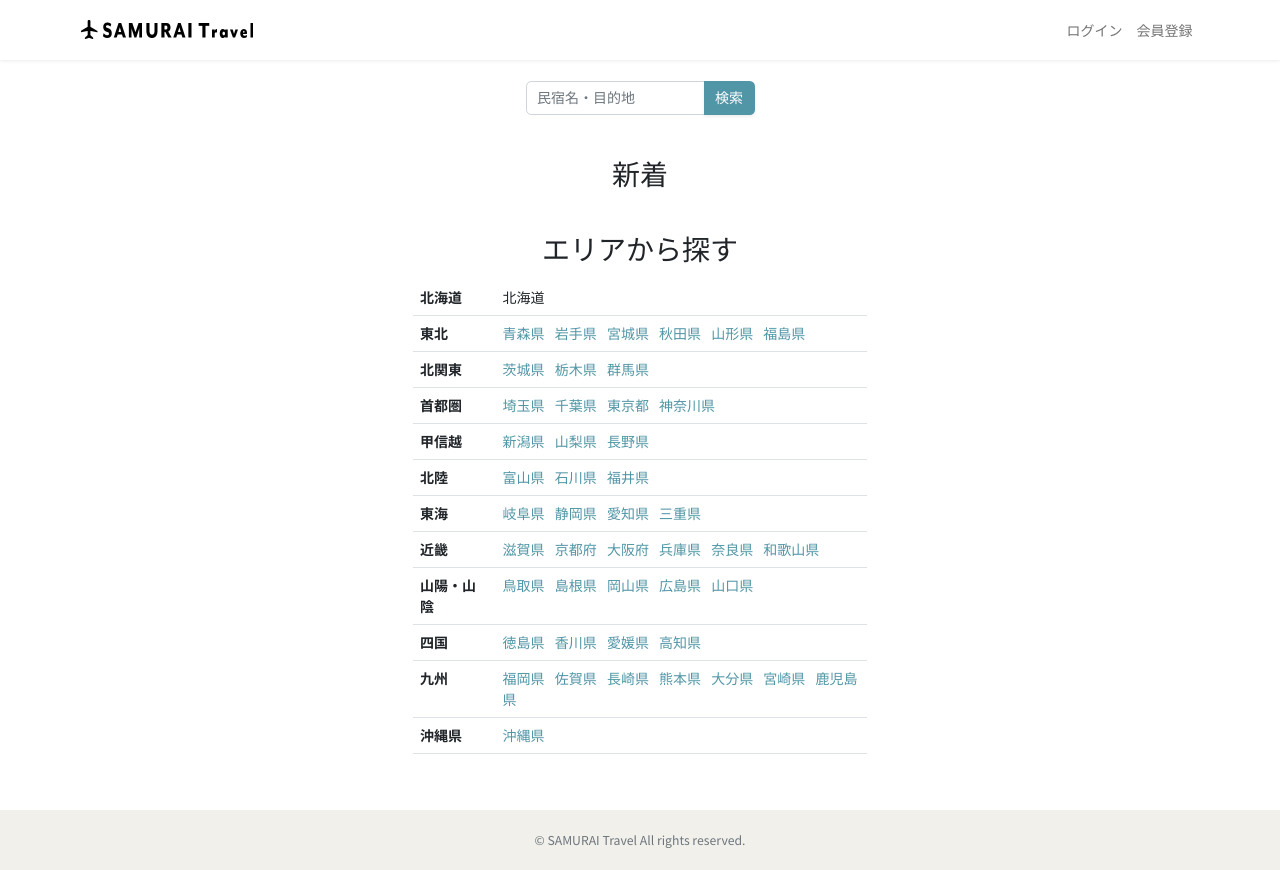
Repository: tearise/samuraitravel
Page: http://localhost/index
The author's editor kept a copy of each file at every save. The page is drawn from the files as they stood at one save, then again after the next save.
The browser window is 1280 px wide. The pictures show the whole page.
The page is this project's Thymeleaf template; nobody is signed in. The template is opened directly, without the code that normally fills it, so the values that code supplies are empty.

Above is the page before, as saved 2024-01-28 06:47:45.

### samuraitravel/src/main/resources/templates/index.html
<!DOCTYPE html>
<html xmlns:th="https://www.thymeleaf.org" xmlns:sec="http://www.thymeleaf.org/extras/spring-security">
<head>
	<div th:replace="~{fragment :: meta}"></div>

	<div th:replace="~{fragment :: styles}"></div>
     <title>SAMURAI Travel</title>
</head>
<body>
	<div class="samuraitravel-wrapper">
		<!-- ヘッダー -->
		<div th:replace="~{fragment :: header}"></div>

		<main>
			<div class="container pt-4 pb-5 samuraitravel-container">
				<div th:if="${param.loggedIn}" class="alert alert-info">
					ログインしました。
				</div>

				<div th:if="${param.loggedOut}" class="alert alert-info">
					ログアウトしました。
				</div>

				<div th:if="${successMessage}" class="alert alert-info">
					<span th:text="${successMessage}"></span>
				</div>

				<div class="d-flex justify-content-center">
					<form method="get" th:action="@{/houses}" class="mb-5 samuraitravel-search-form">
						<div class="input-group">
							<input type="text" class="form-control" name="keyword" th:value="${keyword}" placeholder="民宿名・目的地">
							<button type="submit" class="btn text-white shadow-sm samuraitravel-btn">検索</button>
						</div>
					</form>
				</div>

				<h2 class="text-center mb-3">新着</h2>
				<div class="row row-cols-lg-5 row-cols-2 g-3 mb-5">
					<div class="col" th:each="newHouse : ${newHouses}">
						<a th:href="@{/houses/__${newHouse.getId()}__}" class="link-dark samuraitravel-card-link">
							<div class="card-100">
								<img th:if="${newHouse.getImageName()}" th:src="@{/storage/__${newHouse.getImageName()}__} class=card-img-top samuraitravel-vertical-card-image" alt="店舗画像">
								<img th:unless="${newHouse.getImageName()}" th:src="@{/images/noImeges/noImage.png}" class="card-img-top samuraitravel-vertical-card-image" alt="NO IMAGE">
								<div class="card-body">
									<h3 class="card-title" th:text="${newHouse.getName()}"></h3>
									<p class="card-text mb-1">
										<small class="text-muted" th:text="${newHouse.getAddress()}"></small>
									</p>
									<p class="card-text">
										<span th:text="${#numbers.formaatInteger(newHouse.getPrice(), 1, 'COMMA') + '円 / 泊'}"></span>
									</p>
								</div>
							</div>
						</a>
					</div>
				</div>

				<div class="row justify-content-center">
					<div class="col-xl-5 col-lg-6 col-md-8">

						<h2 class="text-center mb-3">エリアから探す</h2>

						<table class="table">
							<tbody>
								<tr>
									<th>北海道</th>
									<td>
										<a th:htef="@{/houses?area=北海道}">北海道</a>
									</td>
								</tr>
								<tr>
									<th>東北</th>
									<td>
										<a th:href="@{/houses?area=青森県}" class="me-2">青森県</a>
										<a th:href="@{/houses?area=岩手県}" class="me-2">岩手県</a>
										<a th:href="@{/houses?area=宮城県}" class="me-2">宮城県</a>
										<a th:href="@{/houses?area=秋田県}" class="me-2">秋田県</a>
										<a th:href="@{/houses?area=山形県}" class="me-2">山形県</a>
										<a th:href="@{/houses?area=福島県}" >福島県</a>
									</td>
								</tr>
								<tr>
									<th>北関東</th>
									<td>
										<a th:href="@{/houses?area=茨城県}" class="me-2">茨城県</a>
										<a th:href="@{/houses?area=栃木県}" class="me-2">栃木県</a>
										<a th:href="@{/houses?area=群馬県}">群馬県</a>
									</td>
								</tr>
								<tr>
								<th>首都圏</th>
								<td>
									<a th:href="@{/houses?area=埼玉県}" class="me-2">埼玉県</a>
									<a th:href="@{/houses?area=千葉県}" class="me-2">千葉県</a>
									<a th:href="@{/houses?area=東京都}" class="me-2">東京都</a>
									<a th:href="@{/houses?area=神奈川県}">神奈川県</a>
								</td>
								</tr>
								<tr>
									<th>甲信越</th>
									<td>
										<a th:href="@{/houses?area=新潟県}" class="me-2">新潟県</a>
										<a th:href="@{/houses?area=山梨県}" class="me-2">山梨県</a>
										<a th:href="@{/houses?area=長野県}">長野県</a>
									</td>
								</tr>
								<tr>
									<th>北陸</th>
									<td>
										<a th:href="@{/houses?area=富山県}" class="me-2">富山県</a>
										<a th:href="@{/houses?area=石川県}" class="me-2">石川県</a>
										<a th:href="@{/houses?area=福井県}">福井県</a>
									</td>
								</tr>
								<tr>
									<th>東海</th>
									<td>
										<a th:href="@{/houses?area=岐阜県}" class="me-2">岐阜県</a>
										<a th:href="@{/houses?area=静岡県}" class="me-2">静岡県</a>
										<a th:href="@{/houses?area=愛知県}" class="me-2">愛知県</a>
										<a th:href="@{/houses?area=三重県}">三重県</a>
									</td>
								</tr>
								<tr>
									<th>近畿</th>
									<td>
										<a th:href="@{/houses?area=滋賀県}" class="me-2">滋賀県</a>
										<a th:href="@{/houses?area=京都府}" class="me-2">京都府</a>
										<a th:href="@{/houses?area=大阪府}" class="me-2">大阪府</a>
										<a th:href="@{/houses?area=兵庫県}" class="me-2">兵庫県</a>
										<a th:href="@{/houses?area=奈良県}" class="me-2">奈良県</a>
										<a th:href="@{/houses?area=和歌山県}">和歌山県</a>
									</td>
								</tr>
								<tr>
									<th>山陽・山陰</th>
									<td>
										<a th:href="@{/houses?area=鳥取県}" class="me-2">鳥取県</a>
										<a th:href="@{/houses?area=島根県}" class="me-2">島根県</a>
										<a th:href="@{/houses?area=岡山県}" class="me-2">岡山県</a>
										<a th:href="@{/houses?area=広島県}" class="me-2">広島県</a>
										<a th:href="@{/houses?area=山口県}">山口県</a>
									</td>
								</tr>
								<tr>
									<th>四国</th>
									<td>
										<a th:href="@{/houses?area=徳島県}" class="me-2">徳島県</a>
										<a th:href="@{/houses?area=香川県}" class="me-2">香川県</a>
										<a th:href="@{/houses?area=愛媛県}" class="me-2">愛媛県</a>
										<a th:href="@{/houses?area=高知県}">高知県</a>
									</td>
								</tr>
								<tr>
									<th>九州</th>
									<td>
										<a th:href="@{/houses?area=福岡県}" class="me-2">福岡県</a>
										<a th:href="@{/houses?area=佐賀県}" class="me-2">佐賀県</a>
										<a th:href="@{/houses?area=長崎県}" class="me-2">長崎県</a>
										<a th:href="@{/houses?area=熊本県}" class="me-2">熊本県</a>
										<a th:href="@{/houses?area=大分県}" class="me-2">大分県</a>
										<a th:href="@{/houses?area=宮崎県}" class="me-2">宮崎県</a>
										<a th:href="@{/houses?area=鹿児島県}">鹿児島県</a>
									</td>
								</tr>
								<tr>
									<th>沖縄県</th>
									<td>
										<a th:href="@{/houses?area=沖縄県}">沖縄県</a>
									</td>
								</tr>
							</tbody>
						</table>
					</div>
				</div>
			</div>
		</main>

		<!-- フッター -->
		<div th:replace="~{fragment :: footer}"></div>
	</div>

	<div th:replace="~{fragment :: scripts}"></div>
</body>
 </html>

### samuraitravel/src/main/resources/templates/fragment.html
<!DOCTYPE html>
<html xmlns:th="https://www.thymeleaf.org" xmlns:sec="http://www.thmeleaf.org/extras/spring-security">
	<head>
		<!-- meta要素の部品化　-->
		<div th:fragment="meta" th:remove="tag">
			<meta charset="UTF-8">
			<meta name="viewport" content="width=device-width,initial-scale=1">
		</div>

		<!-- link要素の部品化　-->
		<div th:fragment="styles" th:remove="tag">
			<!-- Bootstrap -->
			<link href="https://cdn.jsdelivr.net/npm/bootstrap@5.2.3/dist/css/bootstrap.min.css" rel="stylesheet" integrity="sha384-rbsA2VBKQhggwzxH7pPCaAqO46MgnOM80zW1RWuH61DGLwZJEdK2Kadq2F9CUG65" crossorigin="anonymous">

			 <!-- Google Fonts -->
			 <link rel="preconnect" href="https://fonts.googleapis.com">
			 <link rel="preconnect" href="https://fonts.gstatic.com" crossorigin>
			 <link href="https://fonts.googleapis.com/css2?family=Noto+Sans+JP:wght@400;500&display=swap" rel="stylesheet">

			 <link th:href="@{/css/style.css}" rel="stylesheet">
		</div>

		<title>部品化用のHTMLファイル</title>
	</head>
	<body>
		<!--　ヘッダーの部品化 -->
		<div th:fragment="header" th:remove="tag">
			<nav class="navbar navbar-expand-md navbar-light bg-white shadow-sm samuraitravel-navbar">
				<div class="container samuraitravel-container">
					<a class="navbar-brand" th:href="@{/}">
						<img class="samuraitravel-logo me-1" th:src="@{/images/logo.png}" alt="SAMURAI Travel">
					</a>

					<button class="navbar-toggler" type="button" data-bs-toggle="collapse" data-bs-target="#navbarSupportedContent" aria-controls="navbarSupportedContent" aria-expanded="false" aria-label="Toggle navigation">
						<span class="navbar-toggler-icon"></span>
					</button>

					<div class="collapse navbar-collapse" id="navbarSupportedContent">
						<ul class="navbar-nav ms-auto">
							<!-- 未ログインであれば表示する -->
							<li class="nav-item" sec:authorize="isAnonymous()">
								<a class="nav-link" th:href="@{/login}">ログイン</a>
							</li>
							<li class="nav-item" sec:authorize="isAnonymous()">
								<a class="nav-link" th:href="@{/signup}">会員登録</a>
							</li>
							<!-- ログイン済みであれば表示する -->
							<li class="nav-item dropdown" sec:authorize="hasRole('ROLE_GENERAL')">
								<a id="navbarDropdownGeneral" class="nav-link dropdown-toggle" href="#" role="button" data-bs-toggle="dropdown" aria-haspopup="true" aria-expanded="false" v-pre>
									<span sec:authentication="principal.user.name"></span>
								</a>

								<div class="dropdown-menu dropdown-menu-end" aria-labelledby="navbarDropdownGeneral">
									<a class="dropdown-item samuraitravel-dropdown-item" th:href="@{/logout}" onclick="event.preventDefault(); document.getElementById('logout-form').submit();">
										ログアウト
									</a>
									<form class="d-none" id="logout-form" th:action="@{/logout}" method="post"></form>
								</div>
							</li>

							<!-- 管理者であれば表示する -->
							<li class="nav-item dropdown" sec:authorize="hasRole('ROLE_ADMIN')">
								<a id="navbarDropdownAdmin" class="nav-link dropdown-toggle" href="#" role="button" data-bs-toggle="dropdown" aria-haspopup="true" aria-expanded="false" v-pre>
									管理者メニュー
								</a>

								<div class="dropdown-menu dropdown-menu-end" aria-labelledby="navbarDropdownAdmin">
									<a class="dropdown-item samuraitravel-dropdown-item" th:href="@{/admin/houses}">民宿一覧</a>

									<div class="dropdown-divider"></div>

									<a class="dropdown-item samuraitravel-dropdown-item" th:href="@{/logout}" onclick="event.preventDefault(); document.getElementById('logout-form').submit();">
										ログアウト
									</a>
									<form class="d-none" id="logout-form" th:action="@{/logout}" method="post"></form>
								</div>
							</li>
						</ul>
					</div>
				</div>
			</nav>
		</div>


		<!-- フッターの部品化 -->
		<div th:fragment="footer" th:remove="tag">
			<footer>
				<div class="d-flex justify-content-center align-items-center h-100">
					<p class="text-center text-muted small mb-0">&copy; SAMURAI Travel All rights reserved.</p>
				</div>
			</footer>
		</div>

		<!-- script要素の部品化 -->
		<div th:fragment="scripts" th:remove="tag">
			<!-- Bootstrap -->
			<script src="https://cdn.jsdelivr.net/npm/bootstrap@5.2.3/dist/js/bootstrap.bundle.min.js" integrity="sha384-kenU1KFdBIe4zVF0s0G1M5b4hcpxyD9F7jL+jjXkk+Q2h455rYXK/7HAuoJl+0I4" crossorigin="anonymous"></script>
		</div>
	</body>
</html>

### samuraitravel/src/main/resources/static/css/style.css
html{
	font-size: 14px;
}

body{
	font-family: 'Noto Sans JP',sans-serif;
}

h1{
	font-size:1.5rem;
}

h3 {
	font-size: 1.25rem;
}

a{
	color: #5196a6;
	text-decoration: none !important;
}

a:hover {
	color: #407784;
}

footer{
	width: 100%;
	height: 60px;
	position: absolute;
	bottom: 0;
	background-color: #f2f0eb;
}

.samuraitravel-wrapper{
	min-height: 100vh;
	position: relative;
	padding-bottom:60px;
	box-sizing:border-box;
}
.samuraitravel-navbar{
	min-height: 60px;
}

.samuraitravel-logo{
	height: 30px;
}

.samuraitravel-btn{
	background-color: #5196a6 !important;
	transition: 0.1s;
}

.samuraitravel-btn:hover{
	opacity: 0.8;
}

.samuraitravel-page-link{
	color: #5196a6;
}

.samuraitravel-page-link:hover{
	color: #407784;
}

.samuraitravel-active{
	background-color: #5196a6 !important;
	border-color: #5196a6 !important;
}

.samuraitravel-pre-wrap{
	/* 改行文字で行を折り返す */
	white-space: pre-wrap;
}

.samuraitravel-link-danger {
	color: #f2594b;
}

.samuraitravel-link-danger:hover {
	color: #a63c3c;
}

.samuraitravel-btn-danger {
	background-color: #f2594b !important;
	transition: 0.1s;
}

.samuraitravel-btn-danger:hover {
	opacity: 0.8;
}

.samuraitravel-dropdown-item:active {
	background-color: #5196a6;
}

.samuraitravel-card-link {
	transition: 0.3s;
}

.samuraitravel-card-link:hover {
	opacity: 0.7;
}

.samuraitravel-horizontal-card-image {
	width: 100%;
	height: 240px;
	object-fit: cover;
}

.samuraitravel-sort-box {
	width: 150px;
}

@media screen and(min-width: 1400px){
	.samuraitravel-container{
		max-width: 1200px;
	}
}

After the next save:
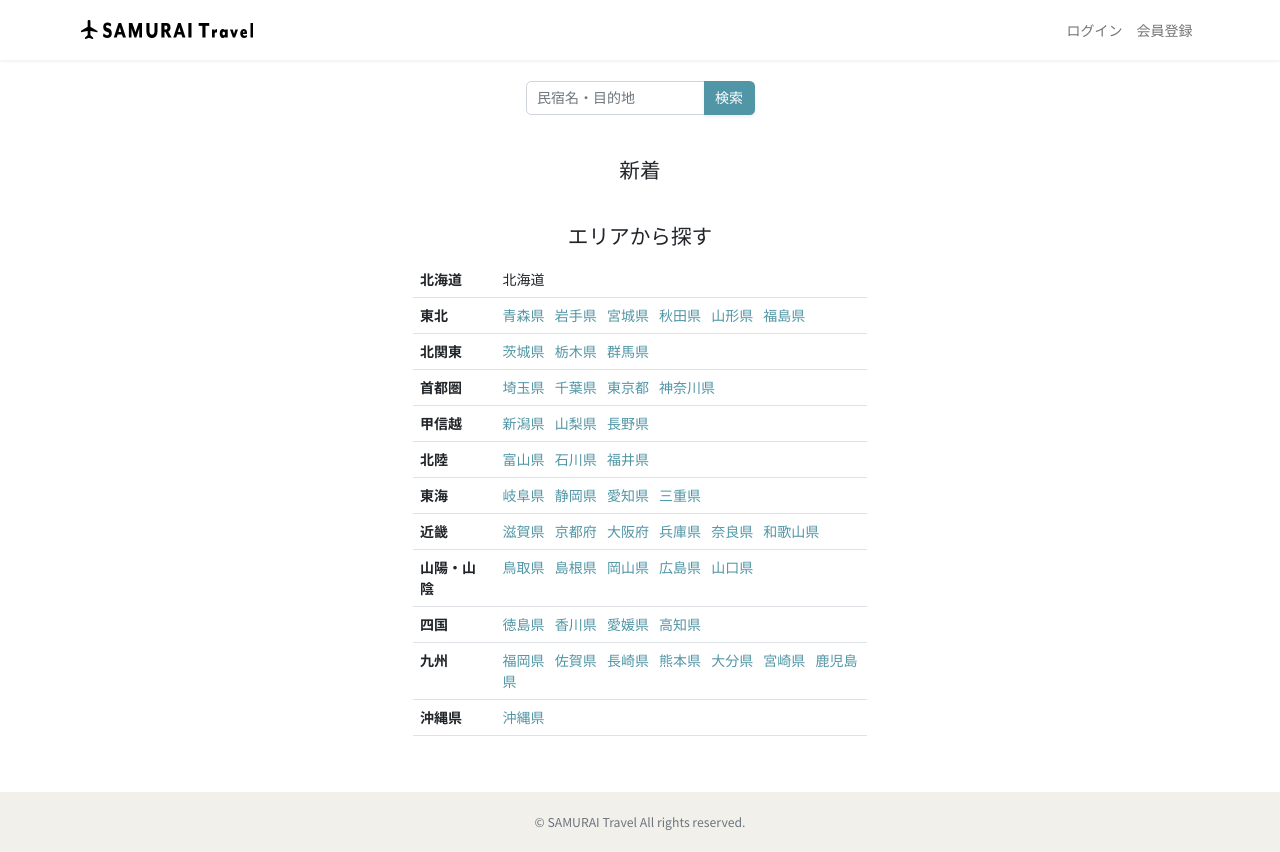
Saved 56 s later.
--- a/samuraitravel/src/main/resources/static/css/style.css
+++ b/samuraitravel/src/main/resources/static/css/style.css
@@ -8,6 +8,10 @@ body{
 
 h1{
 	font-size:1.5rem;
+}
+
+h2 {
+	font-size: 1.475rem;
 }
 
 h3 {
